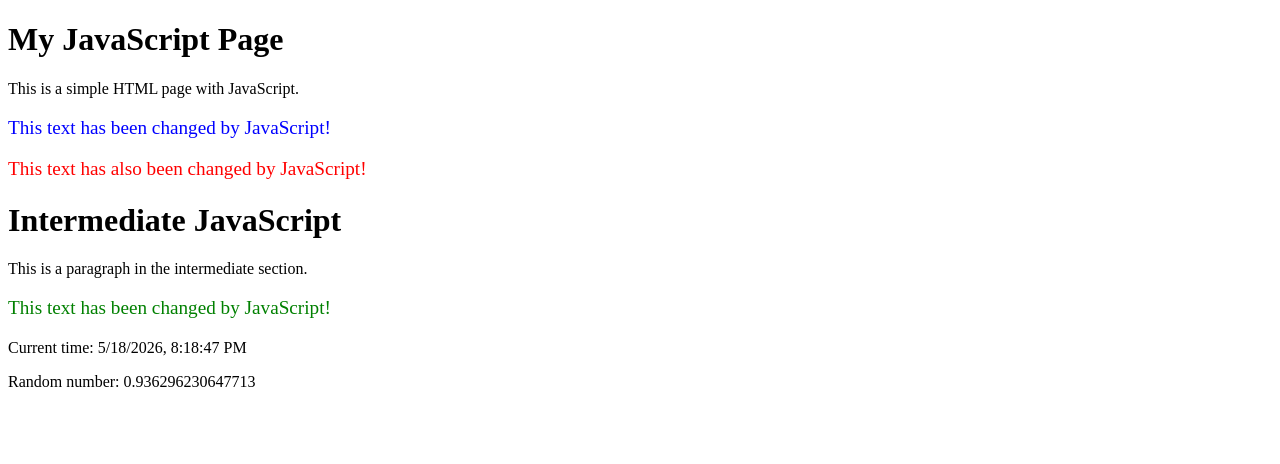
Repository: ruzni-dev/My-Practice
Page: 11.1-javaScript/index.html
An editor plug-in stored every save of this project. The page is shown before and after the next save, followed by the edit.
The browser window is 1280 px wide. The pictures show the whole page.

Above is the page before, as saved 2026-06-09 19:07:00.

### 11.1-javaScript/index.html
<!DOCTYPE html>
<html lang="en">
<head>
    <meta charset="UTF-8">
    <meta name="viewport" content="width=device-width, initial-scale=1.0">
    <title>Document</title>
</head>
<body>
    <h1>My JavaScript Page</h1>
    <p>This is a simple HTML page with JavaScript.</p>
    <p class="class-1">Open the console to see the message from JavaScript.</p>
    <p id="paragraph-2">This is another paragraph.</p>

    <h1>Intermediate JavaScript</h1>
    <p>This is a paragraph in the intermediate section.</p>
    <p id="paragraph-3">This is a third paragraph.</p>
    <p id="time"></p>
    <p id="random-number"></p>

    <script>
        // This is a JavaScript comment
        console.log("Hello, World!");
        // You can also manipulate the DOM
        const element = document.querySelector('.class-1');
        element.style.color = "blue";
        element.style.fontSize = "1.2em";
        element.textContent = "This text has been changed by JavaScript!";
        document.getElementById('paragraph-2').style.color = "red";
        document.getElementById('paragraph-2').style.fontSize = "1.2em";
        document.getElementById('paragraph-2').textContent = "This text has also been changed by JavaScript!";
        document.getElementById('paragraph-3').style.color = "green";
        document.getElementById('paragraph-3').style.fontSize = "1.2em";
        document.getElementById('paragraph-3').textContent = "This text has been changed by JavaScript!";
        // Display the current time
        const now = new Date();
        document.getElementById('time').textContent = `Current time: ${now.toLocaleString()}`;
        // Display a random number
        const randomNumber = Math.random();
        document.getElementById('random-number').textContent = `Random number: ${randomNumber}`;
    </script>
</body>
</html>

After the next save:
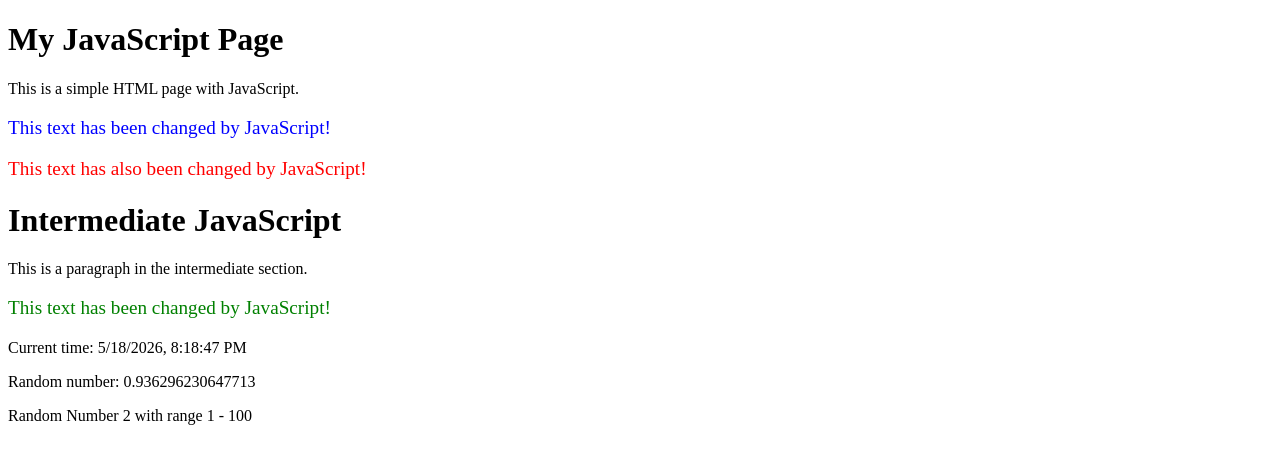
Saved 70 s later.
--- a/11.1-javaScript/index.html
+++ b/11.1-javaScript/index.html
@@ -16,6 +16,7 @@
     <p id="paragraph-3">This is a third paragraph.</p>
     <p id="time"></p>
     <p id="random-number"></p>
+    <p id="random-number-2">Random Number 2 with range 1 - 100</p>
 
     <script>
         // This is a JavaScript comment
